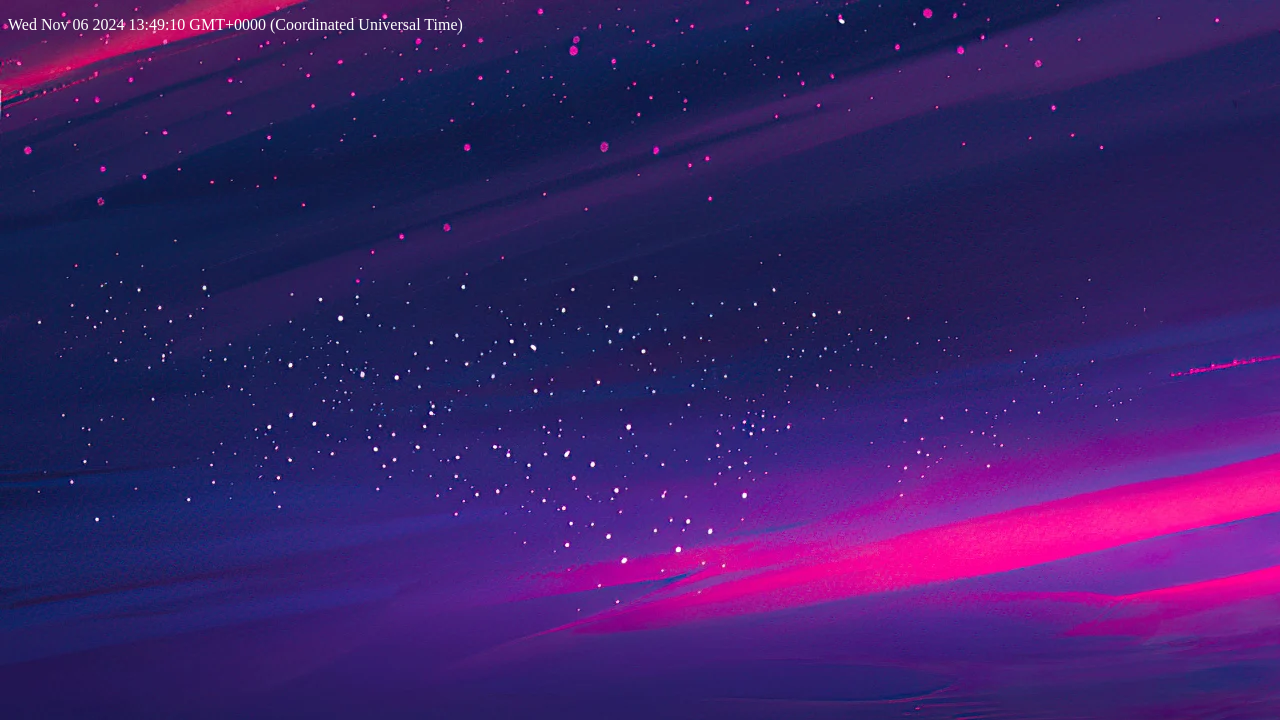
Repository: demoniers/clase
Page: lenguajes/html2/ej11/src/index.html
The author's editor kept a copy of each file at every save. The page is drawn from the files as they stood at one save, then again after the next save.
The browser window is 1280 px wide. The pictures show the whole page.

Above is the page before, as saved 2024-11-06 13:55:03.

After the next save:
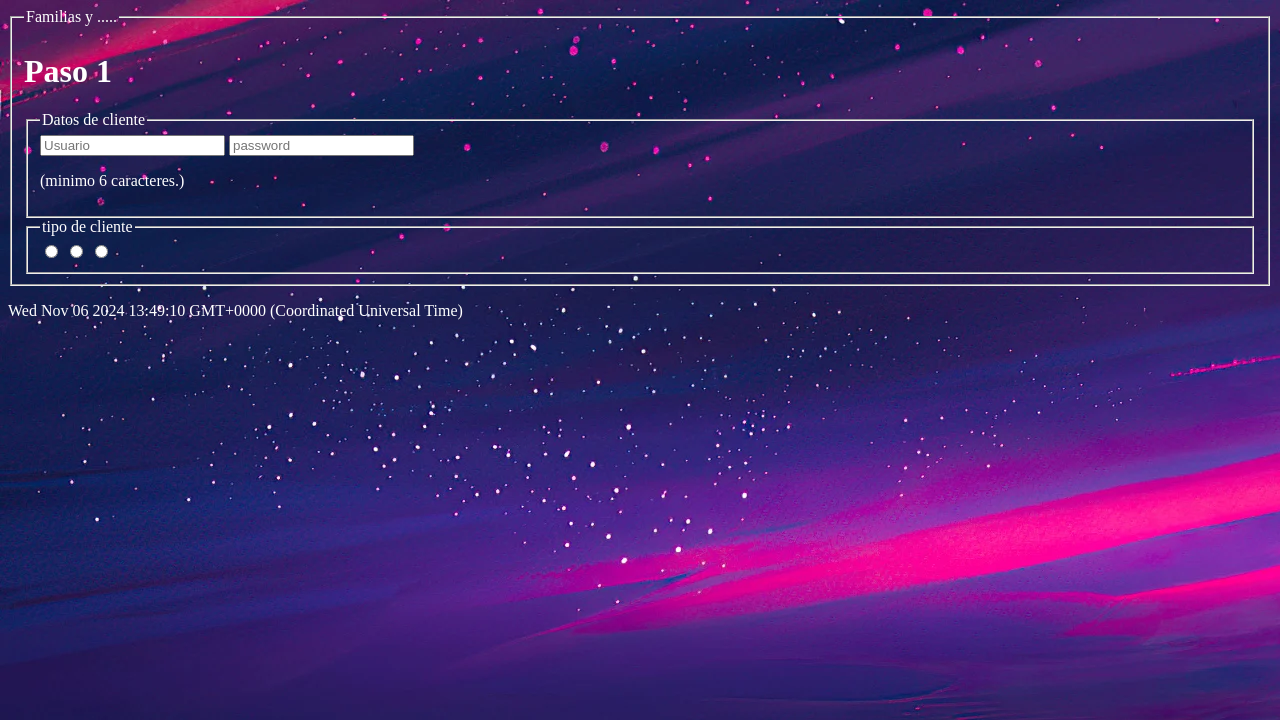
Saved 11 days later.
--- a/lenguajes/html2/ej11/src/index.html
+++ b/lenguajes/html2/ej11/src/index.html
@@ -12,7 +12,22 @@
 
   <body>
     <div id="container">
-
+      <fieldset>
+        <legend>Familias y ..... </legend>
+        <h1>Paso 1</h1>
+        <fieldset class="75">
+          <legend>Datos de cliente</legend>
+          <input type="text" name="user" id="user" placeholder="Usuario">
+          <input type="password" name="password" id="password" placeholder="password">
+          <p>(minimo 6 caracteres.)</p>
+        </fieldset>
+        <fieldset class="25">
+          <legend>tipo de cliente</legend>
+          <input type="radio" name="tipo" id="tipo" value="tipo1">
+          <input type="radio" name="tipo" id="tipo" value="tipo1">
+          <input type="radio" name="tipo" id="tipo" value="tipo1">
+        </fieldset>
+      </fieldset>
     </div>
     <p id="fh"></p>
   </body>
